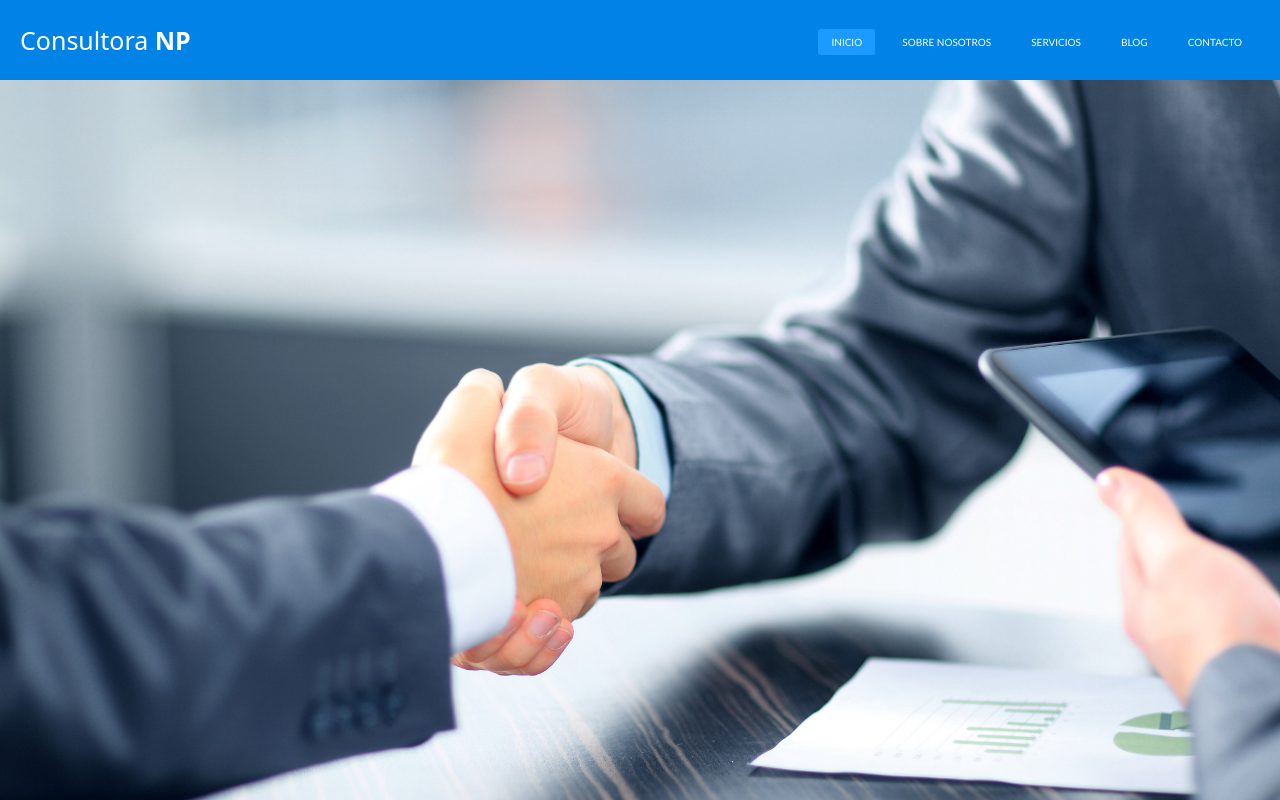
Repository: Batu120/pre-entrega2
Page: index.html
The author's editor kept a copy of each file at every save. The page is drawn from the files as they stood at one save, then again after the next save.
The browser window is 1280 px wide. The pictures show the whole page.

Above is the page before, as saved 2022-10-29 21:27:24.

### index.html
<!DOCTYPE html>
<html lang="en" dir="ltr">
<head>
    <meta charset="UTF-8">
    <meta http-equiv="X-UA-Compatible" content="IE=edge">
    <meta name="viewport" content="width=device-width, initial-scale=1.0">
    <title>2da Pre Entrega</title>

    <!-- CSS -->
    <link rel="stylesheet" href="CSS/style.css">
    <link rel="stylesheet" href="https://cdnjs.cloudflare.com/ajax/libs/font-awesome/4.7.0/css/font-awesome.min.css">
</head>
<body>
    <nav>
        <input type="checkbox" id="check">
        <label for="check" class="checkbtn">
            <i style="font-size:24px" class="fa">&#xf0c9;</i>
        </label>
        <label class="logo">Consultora <label class="logo1">NP</label></label>
            <!-- Lista no ordenada -->
            <ul>
                <!-- Items / Menu -->
                <li><a class="active" href="#">Inicio</a></li>
                <li><a href="#">Sobre Nosotros</a></li>
                <li><a href="#">Servicios</a></li>
                <li><a href="#">Blog</a></li>
                <li><a href="#">Contacto</a></li>
            </ul>
    </nav>

    <section></section>

            <!-- <img clas="menu" src="IMG/menu-icon2.png" alt="menu"> -->
<!-- Enlaces -->

<!--    <main>
        <h1>CONSULTORA </h1>
    </main> -->

</body>
</html>

### CSS/style.css
body {
    font-family:'Gill Sans', 'Gill Sans MT', Calibri, 'Trebuchet MS', sans-serif;
}

/* NAV BAR - LINKS- RESPONSIVE */
* {
    padding: 0;
    margin: 0;
    text-decoration: none;
    list-style: none;
    box-sizing: border-box;
}
nav {
    background: #0082e6;
    height: 80px;
    width: 100%;
}
/*  */
.logo{
    color: white;
    font-size: 25px;
    line-height: 80px;
    padding: 20px;
    font-weight:lighter;
    font-family:system-ui, -apple-system, BlinkMacSystemFont, 'Segoe UI', Roboto, Oxygen, Ubuntu, Cantarell, 'Open Sans', 'Helvetica Neue', sans-serif;
}
.logo1{
    color: white;
    font-weight: bold;
}
nav ul{
    float: right;
    margin-right: 20px;
    padding-top: 0%;
}
nav ul li{
    display: inline-block;
    line-height: 80px;
    margin: 0 5px;
}
nav ul li a{
    color: white;
    font-size: 10px;
    padding: 7px 13px;
    border-radius: 3px;
    text-transform: uppercase;
}
a.active,a:hover{
    background: #1b9bff;
    transition: .5s;
}
.checkbtn{
    font-size: 30px;
    color: white;
    float: right;
    line-height: 80px;
    margin-right: 30px;
    cursor: pointer;
    display: none;
}
#check{
    display: none;
}
/* PREUBA RESPONSIVE TEST */
/* @media (max-width: 1000px){
    label.logo {
        font-size: 25px;
        padding-left: 50px;
    }
    nav ul li a{
        font-size: 16px;
    }
} */
@media (max-width: 800px){
    .checkbtn{
        display: block;
    }
    ul{
        position: fixed;
        width: 100%;
        height: 100vh;
        background: #2c3e50;
        top: 80px;
        left: -100%;
        text-align: center;
        transition: all .5s;
    }
    nav ul li{
        display: block;
        margin: 50px 0;
        line-height: 30px;
    }
    nav ul li a {
        font-size: 20px;
    }
        a:hover,a.active{
        background:none;
        color: #0082e6;
        }
        #check:checked ~ ul{
        left: 0;
        }
    }

    section{
        background: url(/IMG/consultoria_img.jpeg) no-repeat;
        background-size: cover;
        height: calc(100vh - 0px);
    }
/* .listaNOordenada {
    display: flex;
    flex-direction: row;
    justify-content:flex-end;
    list-style: none;
}

li {
    font-size: large;
    text-transform: uppercase;
    font-family:'Gill Sans', 'Gill Sans MT', Calibri, 'Trebuchet MS', sans-serif;
    font-weight: 600;
    margin: 10px;
    padding: 5px;
    letter-spacing: 2px;
}

@media (max-width: 850px){
    .listaNOordenada {
        flex-direction: column;
    }
}
 */

After the next save:
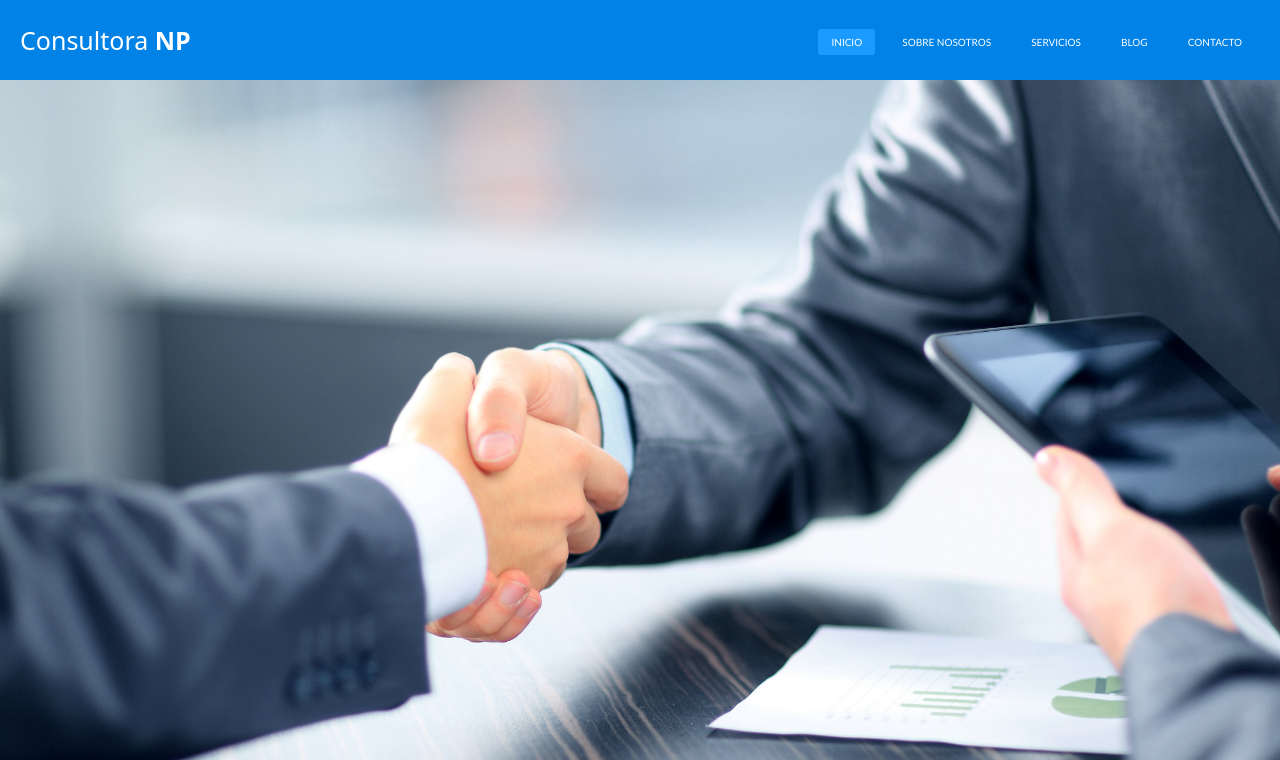
Saved 11 s later.
--- a/CSS/style.css
+++ b/CSS/style.css
@@ -105,7 +105,7 @@ a.active,a:hover{
     section{
         background: url(/IMG/consultoria_img.jpeg) no-repeat;
         background-size: cover;
-        height: calc(100vh - 0px);
+        height: calc(100vh - 40px);
     }
 /* .listaNOordenada {
     display: flex;
